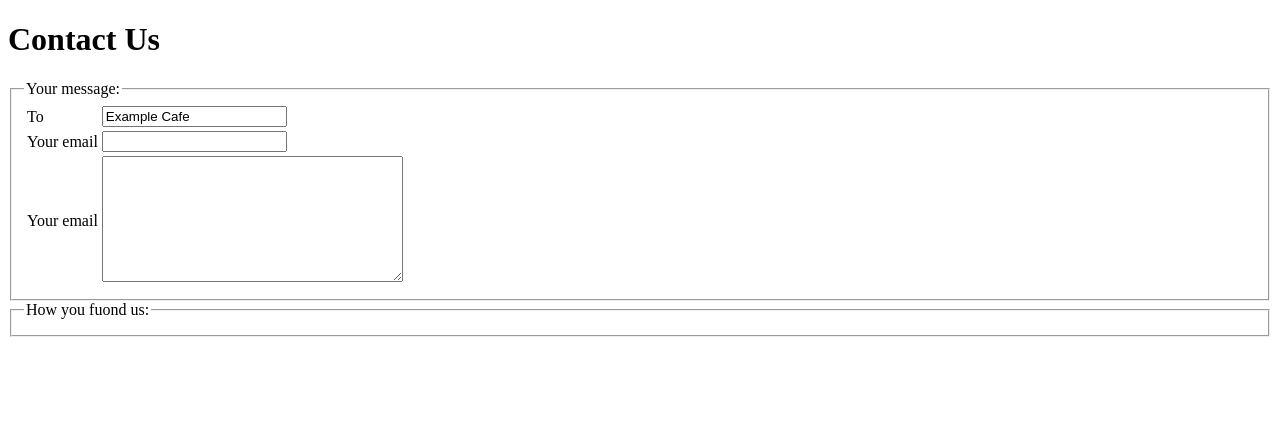
Repository: PhamChiXuan1/HTCNW_tuan3_DHCNTT16C_PhamChiXuan_20030131
Page: bt15.html
The author's editor kept a copy of each file at every save. The page is drawn from the files as they stood at one save, then again after the next save.
The browser window is 1280 px wide. The pictures show the whole page.

Above is the page before, as saved 2022-02-28 11:45:52.

After the next save:
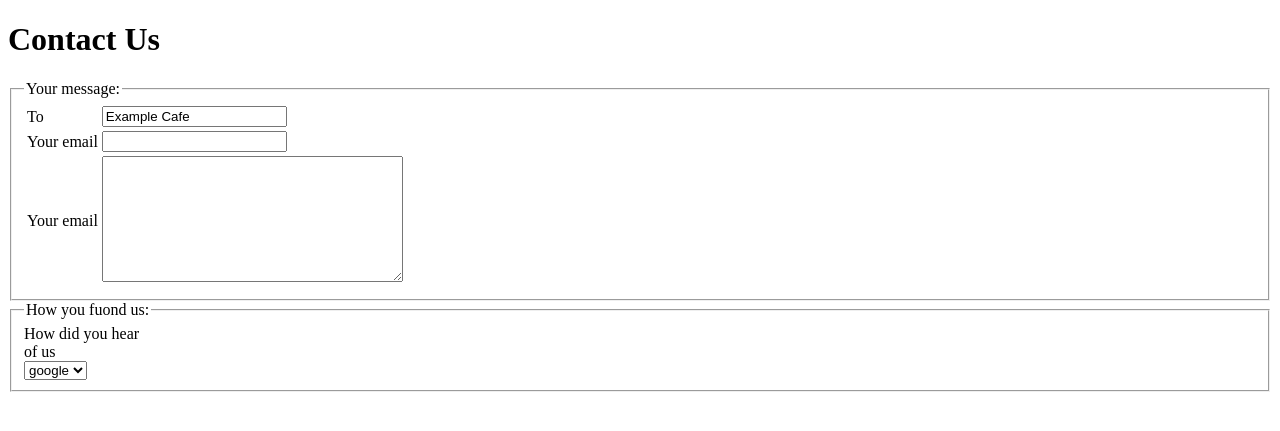
Saved 4 min 1 s later.
--- a/bt15.html
+++ b/bt15.html
@@ -27,7 +27,15 @@
     </fieldset>
     <fieldset>
         <legend>How you fuond us:</legend>
+        <tr>
+            <td><table>How did you hear <br>of us</table></td>
+            <td>
+                <select name="" id="">
+                    <option value="google">google</option>
+                </select>
 
+            </td>
+        </tr>
     </fieldset>
 </body>
 </html>
